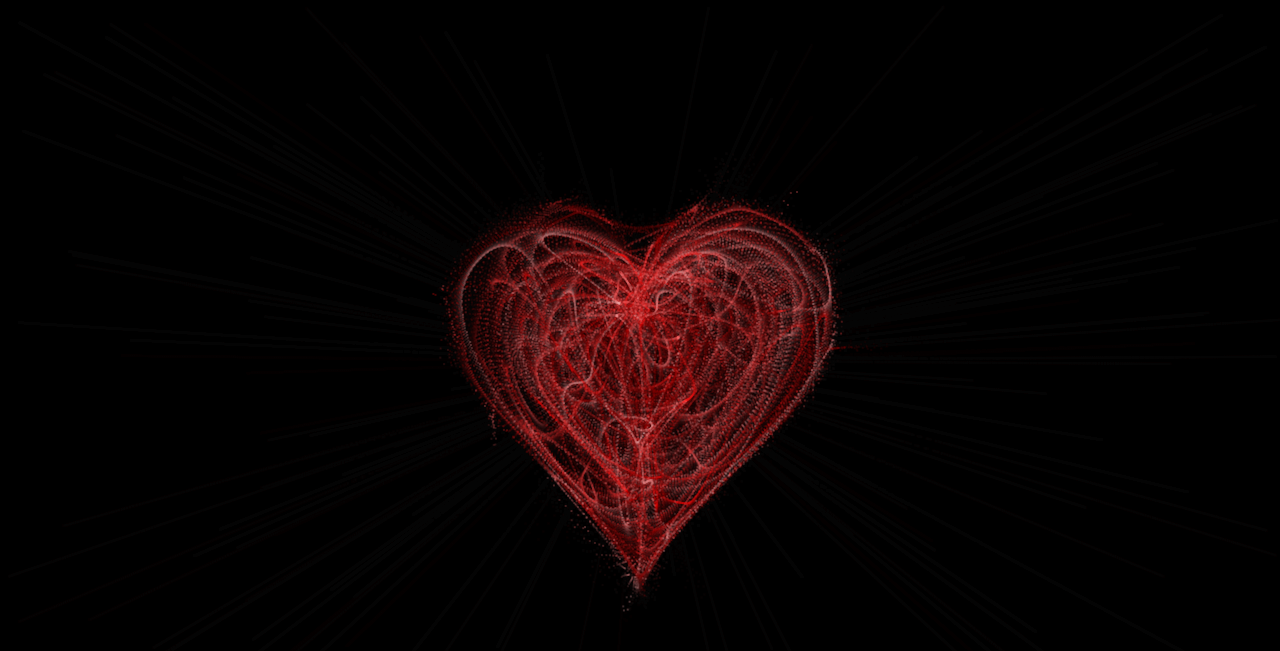
Repository: ngoclong2904/codeTraiTim
Page: traiTim.html
The author's editor kept a copy of each file at every save. The page is drawn from the files as they stood at one save, then again after the next save.
The browser window is 1280 px wide. The pictures show the whole page.

Above is the page before, as saved 2022-11-09 00:24:31.

After the next save:
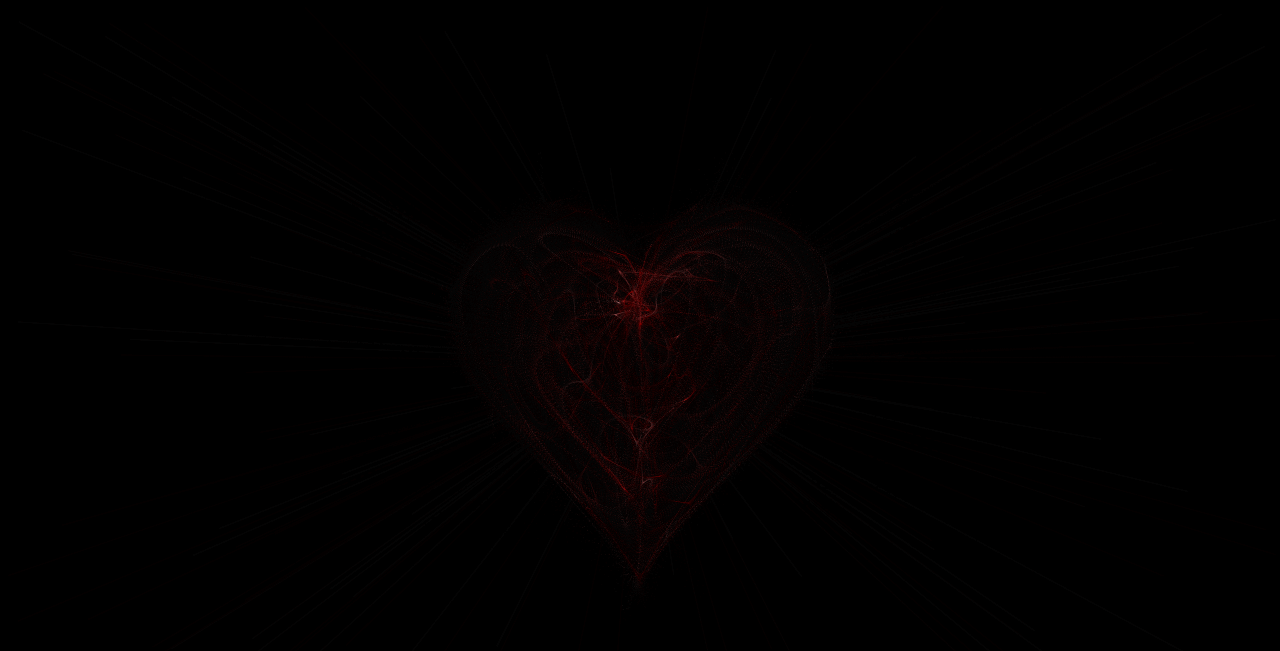
Saved 11 s later.
--- a/traiTim.html
+++ b/traiTim.html
@@ -174,7 +174,7 @@
             }
             ctx.fillStyle = u.f;
             for (k = 0; k < u.trace.length; k++) {
-              ctx.fillRect(u.trace[k].x, u.trace[k].y, 2, 2);
+              ctx.fillRect(u.trace[k].x, u.trace[k].y, 0.5, 0.5);
             }
           }
           //ctx.fillStyle = "rgba(255,255,255,1)";

After the save that followed:
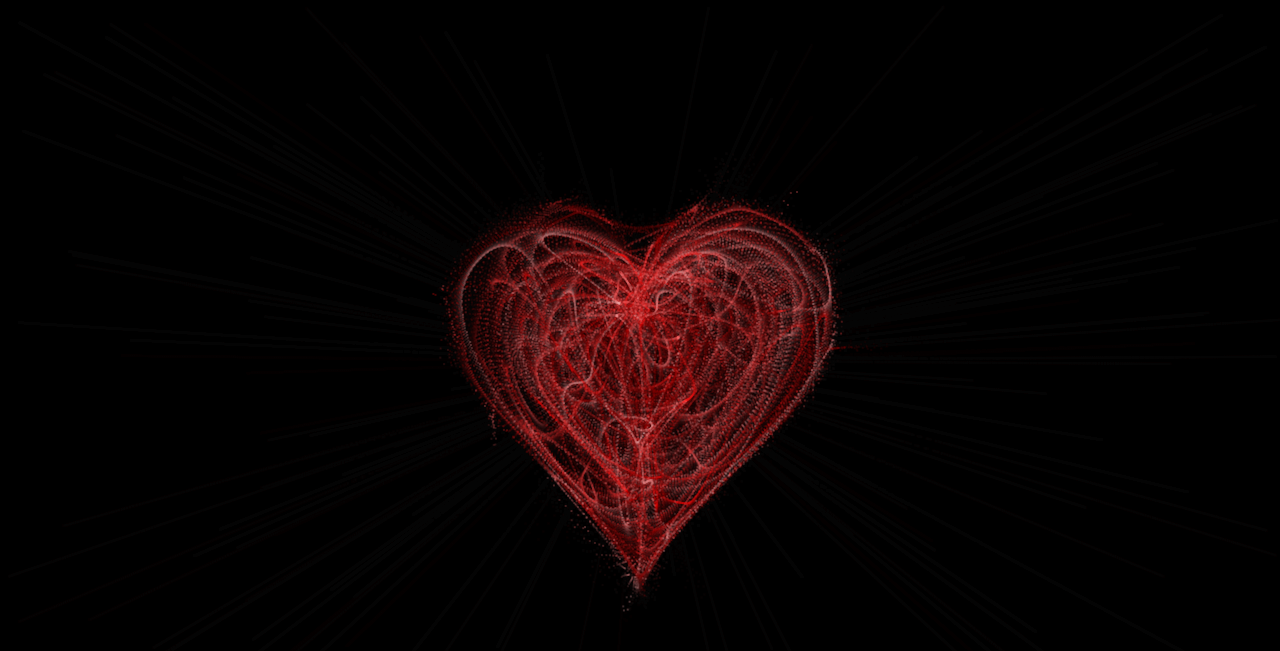
Saved 8 s later.
--- a/traiTim.html
+++ b/traiTim.html
@@ -174,7 +174,7 @@
             }
             ctx.fillStyle = u.f;
             for (k = 0; k < u.trace.length; k++) {
-              ctx.fillRect(u.trace[k].x, u.trace[k].y, 0.5, 0.5);
+              ctx.fillRect(u.trace[k].x, u.trace[k].y, 2, 2);
             }
           }
           //ctx.fillStyle = "rgba(255,255,255,1)";
